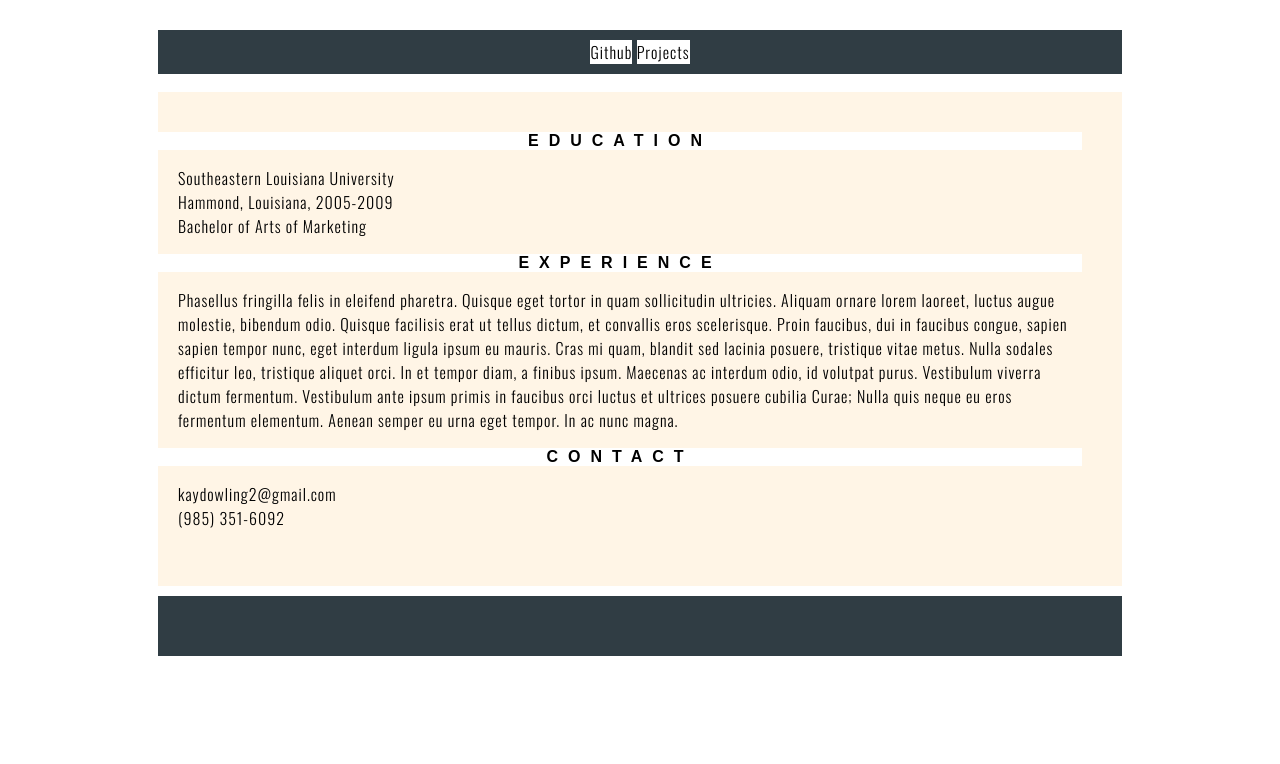
Repository: kayladowling/jekyll_website
Page: index.html
The author's editor kept a record of every edit. The page is drawn from the files as they stood at one moment, then again after the next edit.
The browser window is 1280 px wide. The pictures show the part of the page from y = 240 to 1004 px (the page is 1004 px tall).

Above is the page before.
Not found: file.js

After the next edit:
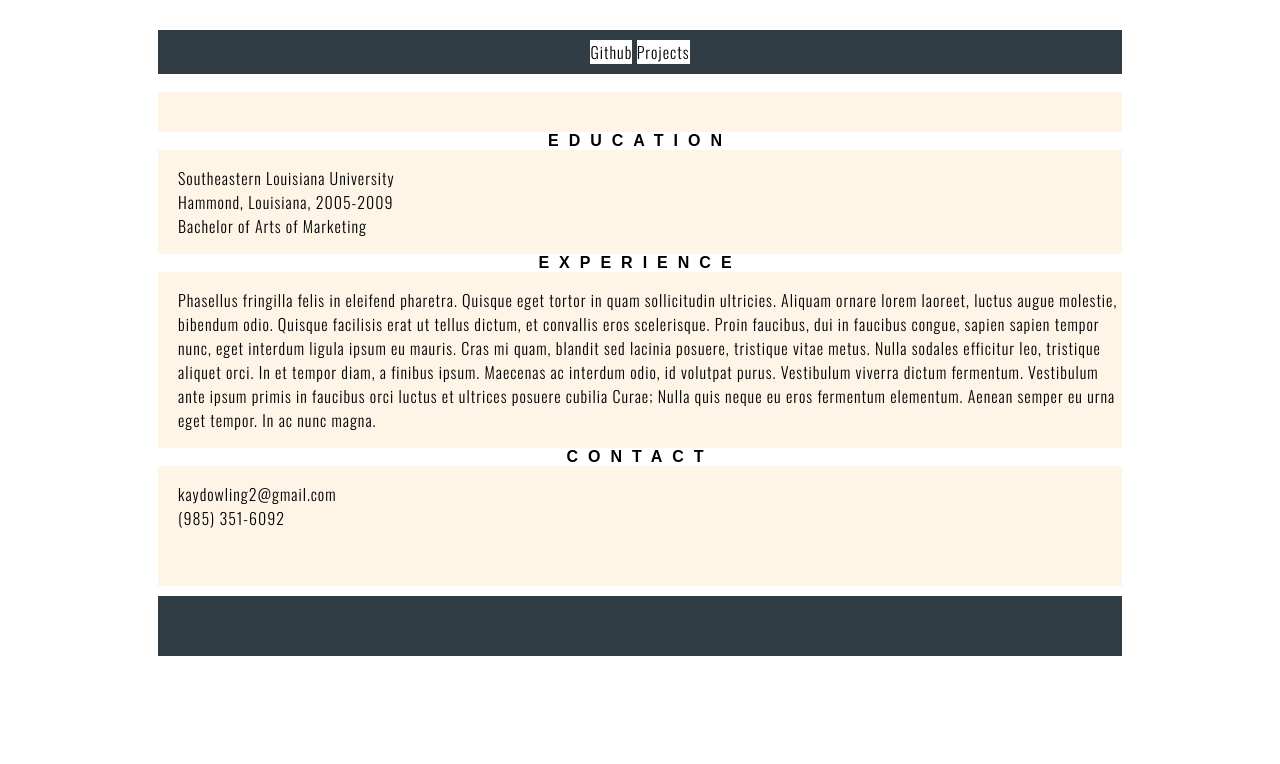
The edit:
--- a/css/home.css
+++ b/css/home.css
@@ -54,7 +54,6 @@
 main {
     background: rgb(255, 245, 230);
     padding-bottom: 40px;
-    padding-right: 40px;
     padding-top: 40px;
     margin: 0px;
 }
